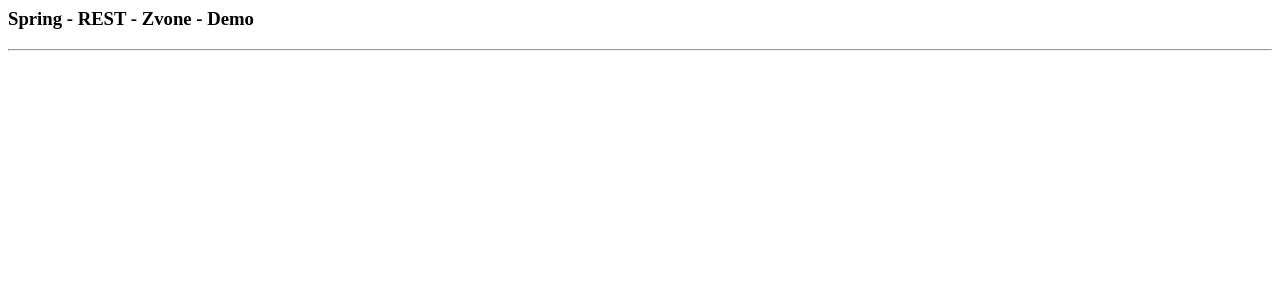
Repository: zvonimirbedi/spring_training
Page: http://localhost/spring-rest-demo/
These files come from the project's save history. The page is drawn as it stood at one moment and after the next save; the edit follows.
The browser window is 1280 px wide. The pictures show the whole page.
The page is served by Tomcat 9. Other server files are loaded and not shown.

Above is the page before, as saved 2019-12-09 12:25:26.

### spring-rest-demo/src/main/webapp/index.jsp
<html>
<head>

</head>
<body>
<h3>
Spring - REST - Zvone - Demo
</h3>
<hr/>
</body>

</html>

After the next save:
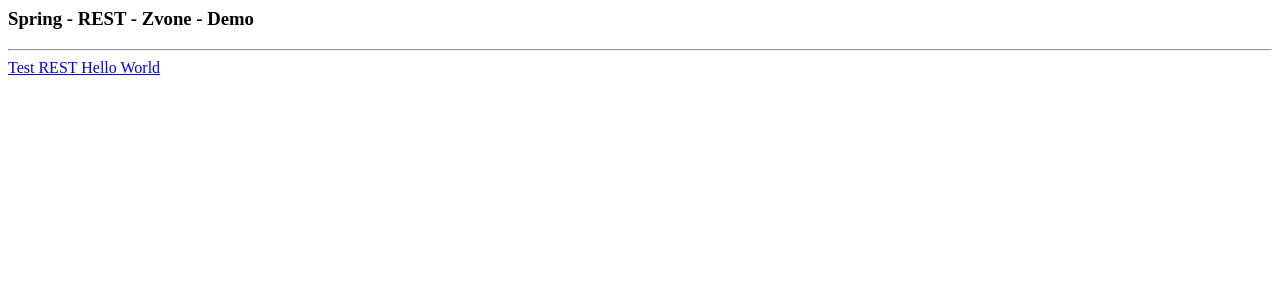
Saved 46 s later.
--- a/spring-rest-demo/src/main/webapp/index.jsp
+++ b/spring-rest-demo/src/main/webapp/index.jsp
@@ -7,6 +7,11 @@
 Spring - REST - Zvone - Demo
 </h3>
 <hr/>
+
+<a href="test/hello">Test REST Hello World</a>
+
+
+
 </body>
 
 </html>
